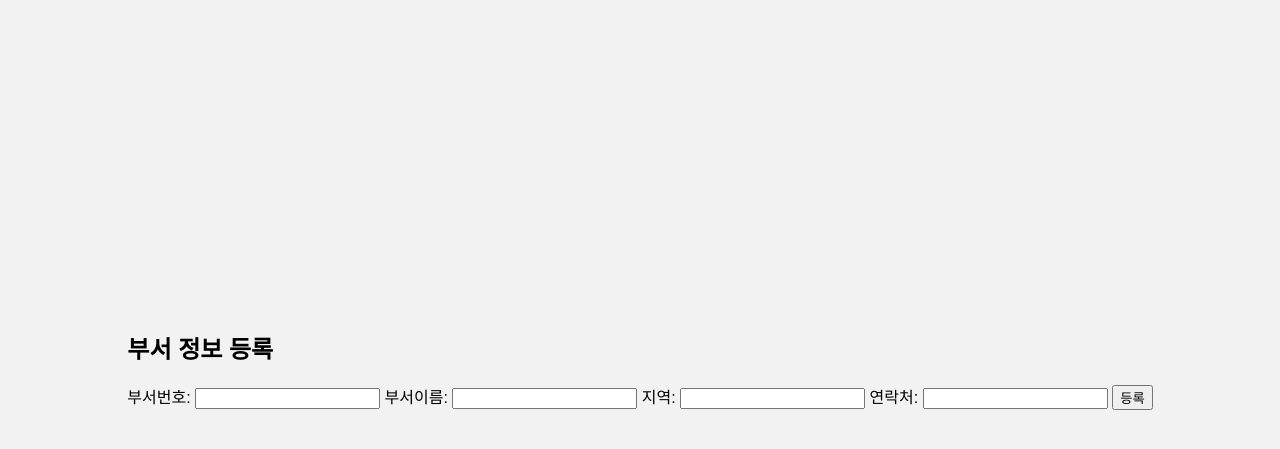
Repository: heyJSH/Study_java_web_sol
Page: http://localhost/jspweb_08/depform.jsp
The author's editor kept a copy of each file at every save. The page is drawn from the files as they stood at one save, then again after the next save.
The browser window is 1280 px wide. The pictures show the whole page.
The page is served by Tomcat 9. Other server files are loaded and not shown.

Above is the page before, as saved 2024-01-12 04:25:10.

### workspace_stsb/jspweb_08/src/main/webapp/depform.jsp
<!-- 서버에서 부서 정보를 입력/전송하는 JSP -->
<%@ page language="java" contentType="text/html; charset=UTF-8"
    pageEncoding="UTF-8"%>
<!DOCTYPE html>
<html>
<head>
<meta charset="UTF-8">
<title>Insert title here</title>

<!-- 작성한 폼에 스타일 적용 -->
<style>
	body {
		font-family: Arial, sans-serif;
		background-color: #f2f2f2;
		margin: 0;
        padding: 0;
        display: flex;
        justify-content: center;
        align-items: center;
        height: 100vh;
	}

</style>
</head>

<body>
<!-- JS -->
<script src="js/jquery-3.7.1.min.js"></script>
<!-- 직원 정보 등록할 폼 작성 -->
<div class="department-form">
	<h2>부서 정보 등록</h2>
	<form action="departmentForm">
		<label for="depid">부서번호:</label>
		<input type="text" id="depid" name="depid" required>

		<label for="name">부서이름:</label>
		<input type="text" id="name" name="name" required>

		<label for="location">지역:</label>
		<input type="text" id="location" name="location" required>

		<label for="contact">연락처:</label>
		<input type="text" id="contact" name="contact" required>

		<button type="submit">등록</button>
	</form>
</div>
</body>
</html>

Loaded but not shown: workspace_stsb/jspweb_08/src/main/webapp/js/jquery-3.7.1.min.js (library)

After the next save:
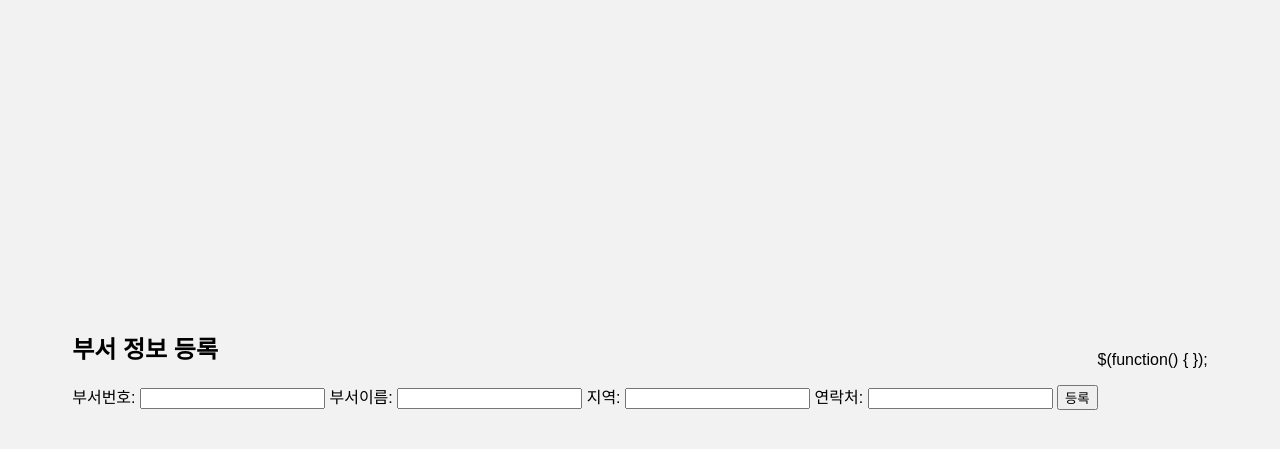
Saved 63 s later.
--- a/workspace_stsb/jspweb_08/src/main/webapp/depform.jsp
+++ b/workspace_stsb/jspweb_08/src/main/webapp/depform.jsp
@@ -45,5 +45,9 @@
 		<button type="submit">등록</button>
 	</form>
 </div>
+
+<!-- 폼 제출 이벤트 처리 (JS) -->
+$(function() {
+});
 </body>
 </html>
